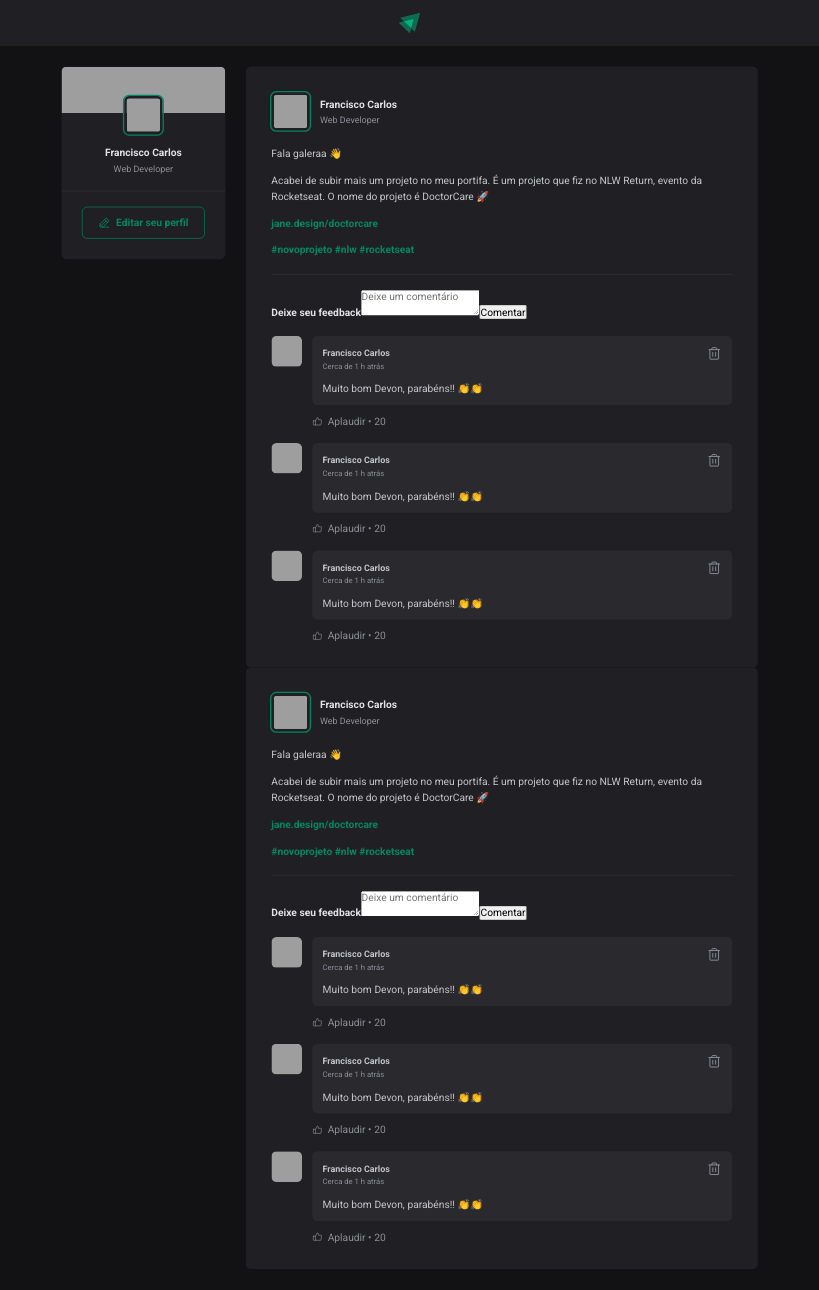
Repository: ch1coon/AulasRocketseat
Page: / (app in Ignite/aulas/01-fundamentos-reactjs/)
These files come from the project's save history. The page is drawn as it stood at one moment and after the next save; the edit follows.
The browser window is 1280 px wide. The pictures show the whole page, at 64% of full size.
Pictures or frames that could not be fetched are drawn as grey boxes. The project was rebuilt for these pictures with package versions that can differ from the ones it lists, and the page was loaded fresh each time. Also part of the build but not shown: Ignite/aulas/01-fundamentos-reactjs/vite.config.js.

Above is the page before, as saved 2023-08-12 08:55:21.

### Ignite/aulas/01-fundamentos-reactjs/index.html
<!DOCTYPE html>
<html lang="en">
  <head>
    <meta charset="UTF-8" />
    <link rel="preconnect" href="https://fonts.googleapis.com" />
    <link rel="preconnect" href="https://fonts.gstatic.com" crossorigin />

    <link rel="icon" type="image/svg+xml" href="/vite.svg" />
    <meta name="viewport" content="width=device-width, initial-scale=1.0" />

    <link
      href="https://fonts.googleapis.com/css2?family=Roboto:wght@400;700&display=swap"
      rel="stylesheet"
    />
    <title>Vite + React</title>
  </head>
  <body>
    <div id="root"></div>
    <script type="module" src="/src/main.jsx"></script>
  </body>
</html>

### Ignite/aulas/01-fundamentos-reactjs/src/App.jsx
import { Post } from "./components/Post";
import { Header } from "./components/Header";
import { Sidebar } from "./components/Sidebar";

import styles from "./App.module.css";

import "./global.css";

export function App() {
  return (
    <div>
      <Header />

      <div className={styles.wrapper}>
        <Sidebar/>
        <main>
          <Post
            author="Diego Fernandes"
            content="Lorem ipsum dolor sit amet consectetur adipisicing elit. Rerum dolorem fuga odio voluptas voluptate rem dolores earum culpa, voluptatibus id nisi, qui, quae tempore quas facilis numquam blanditiis modi autem."
          />
          <Post
            author="Gabriel Guzzi"
            content="Lorem ipsum dolor sit amet consectetur adipisicing elit. Rerum dolorem fuga odio voluptas voluptate rem dolores earum culpa, voluptatibus id nisi, qui, quae tempore quas facilis numquam blanditiis modi autem."
          />
        </main>
      </div>
    </div>
  );
}

### Ignite/aulas/01-fundamentos-reactjs/src/components/Post.jsx
import { Comment } from "./Comment";
import styles from "./Post.module.css";

export function Post() {
  return (
    <article className={styles.post}>
      <header>
        <div className={styles.author}>
          <img className={styles.avatar} src="https://github.com/ch1coon.png" />
          <div className={styles.authorInfo}>
            <strong>Francisco Carlos</strong>
            <span>Web Developer</span>
          </div>
        </div>

        <time title="11 de Maio às 08:51" dateTime="2023-07-26 08:49:38"></time>
      </header>

      <div className={styles.content}>
        <p>Fala galeraa 👋</p>

        <p>
          Acabei de subir mais um projeto no meu portifa. É um projeto que fiz
          no NLW Return, evento da Rocketseat. O nome do projeto é DoctorCare 🚀
        </p>

        <p>
          <a href="">jane.design/doctorcare</a>
        </p>

        <p>
          <a href="">#novoprojeto</a> <a href="">#nlw</a>{" "}
          <a href="">#rocketseat</a>{" "}
        </p>
      </div>

      <form className={styles.commentForm}>
        <strong>Deixe seu feedback</strong>
        <textarea placeholder="Deixe um comentário" />

        <button type="submit">Comentar</button>
      </form>

      <div className={styles.commentList}>
        <Comment />
        <Comment />
        <Comment />
      </div>
    </article>
  );
}

### Ignite/aulas/01-fundamentos-reactjs/src/components/Header.jsx
import styles from "./Header.module.css";

import igniteLogo from '../assets/Ignite-logo.svg';

export function Header() {
  return (
    <header className={styles.header}>
      <img src={igniteLogo} alt="Logotipo do Ignite" />
    </header>
  );
}

### Ignite/aulas/01-fundamentos-reactjs/src/components/Sidebar.jsx
import { PencilLine } from "phosphor-react";

import styles from "./Sidebar.module.css";

export function Sidebar() {
  return (
    <aside className={styles.sidebar}>
      <img
        className={styles.cover}
        src="https://images.unsplash.com/photo-1571757767119-68b8dbed8c97?ixlib=rb-4.0.3&ixid=M3wxMjA3fDB8MHxwaG90by1wYWdlfHx8fGVufDB8fHx8fA%3D%3D&auto=format&fit=crop&w=500&q=50"
      />
      <div className={styles.profile}>
        <img className={styles.avatar} src="https://github.com/ch1coon.png" />
        <strong> Francisco Carlos</strong>
        <span>Web Developer</span>
      </div>

      <footer>
        <a href="#">
          <PencilLine size={20}/>
          Editar seu perfil
        </a>
      </footer>
    </aside>
  );
}

### Ignite/aulas/01-fundamentos-reactjs/src/App.module.css
.wrapper {
    max-width: 70rem;
    margin: 2rem auto;
    padding: 0 1rem;

    display: grid;
    grid-template-columns: 256px 1fr;
    gap: 2rem;
    align-items: flex-start;

}

### Ignite/aulas/01-fundamentos-reactjs/src/global.css
:root {
  --white: #fff;
  --gray-100: #e1e1e6;
  --gray-300: #c4c4cc;
  --gray-400: #8d8d99;
  --gray-600: #323238;
  --gray-700: #29292e;
  --gray-800: #202024;
  --gray-900: #121214;

  --green-300: #00837e;
  --green-500: #00875f;

  --red-500: #f75a68;
}

* {
  margin: 0;
  padding: 0;
  box-sizing: border-box;
}

body {
  background: var(--gray-900);
  color: var(--gray-300);
  -webkit-font-smoothing: antialiased;
}

body,
input,
textarea,
button {
  font-family: "Roboto", sans-serif;
  font-weight: 400;
  font-size: 1rem;
}

### Ignite/aulas/01-fundamentos-reactjs/src/components/Comment.jsx
import styles from "./Comment.module.css";
import { ThumbsUp, Trash } from "phosphor-react";

export function Comment() {
  return (
    <div className={styles.comment}>
      <img src="https://github.com/ch1coon.png" />

      <div className={styles.commentBox}>
        <div className={styles.commentContent}>
          <header>
            <div className={styles.authorAndTime}>
              <strong>Francisco Carlos</strong>
              <time title="11 de Maio às 08:51" dateTime="2023-07-26 08:49:38">
                Cerca de 1 h atrás
              </time>
            </div>
            <button title="Deletar comentário">
              <Trash size={24} />
            </button>
          </header>

          <p>Muito bom Devon, parabéns!! 👏👏</p>
        </div>
        <footer>
          <button>
            <ThumbsUp />
            Aplaudir <span>20</span>
          </button>
        </footer>
      </div>
    </div>
  );
}

### Ignite/aulas/01-fundamentos-reactjs/src/components/Post.module.css
.post {
  background: var(--gray-800);
  border-radius: 8px;
  padding: 2.5rem;
}

.post + post {
  margin-top: 2rem;
}

.content {
  line-height: 1.6;
  color: var(--gray-300);
  margin-top: 1.5rem;
}

.content p {
  margin-top: 1rem;
}

.content a {
  font-weight: bold;
  color: var(--green-500);
  text-decoration: none;
}

.content a:hover {
  color: var(--green-300);
}

.post > header {
  display: flex;
  align-items: center;
  justify-content: space-between;
}

.post > header time {
  font-size: 0.875rem;
  color: var(--gray-400);
}

.author {
  display: flex;
  align-items: center;
  gap: 1rem;
}

.author img {
  width: calc(3rem + 12px);
  height: calc(3rem + 12px);
  border-radius: 8px;
  border: 4px solid var(--gray-800);
  outline: 2px solid var(--green-500);
}

.authorInfo strong {
  display: block;
  color: var(--gray-100);
  line-height: 1.6;
}

.authorInfo span {
  display: block;
  font-size: 0.875rem;
  color: var(--gray-400);
  line-height: 1.6;
}

.commentForm {
  width: 100%;
  margin-top: 1.5rem;
  padding-top: 1.5rem;
  border-top: 1px solid var(--gray-600);
}

.commentForm > strong {
  line-height: 1.6;
  color: var(--gray-100);
}

### Ignite/aulas/01-fundamentos-reactjs/src/components/Header.module.css
.header {
  background: var(--gray-800);
  display: flex;
  justify-content: center;
  padding: 1.25rem 0 ;
}

.header img {
    height: 2rem;
}

### Ignite/aulas/01-fundamentos-reactjs/src/components/Sidebar.module.css
.sidebar {
  background: var(--gray-800);
  border-radius: 8px;
  overflow: hidden;
}

.cover {
  width: 100%;
  height: 72px;
  object-fit: cover;
}

.profile {
  display: flex;
  flex-direction: column;
  align-items: center;

  margin-top: calc(0px - 1.5rem - 6px);
}

.avatar {
    width: calc(3rem + 12px);
    height: calc(3rem + 12px);
    border-radius: 8px;
    border: 4px solid var(--gray-800);
    outline: 2px solid var(--green-500);
}

.profile strong {
    margin-top: 1rem;
    color: var(--gray-100);
    line-height: 1.6;
}

.profile span {
    font-size: 0.875rem;
    color: var(--gray-400);
    line-height: 1.6;
}

.sidebar footer {
  border-top: 1px solid var(--gray-600);
  margin-top: 1.5rem;
  padding: 1.5rem 2rem 2rem;
}

.sidebar footer a {
  background: transparent;
  color: var(--green-500);
  border: 1px solid var(--green-500);
  border-radius: 8px;
  height: 50px;
  padding: 0 1.5rem;
  font-weight: bold;
  display: block;
  text-decoration: none;
  display: flex;
  align-items: center;
  justify-content: center;

  gap: 0.5rem;

  transition: color 0.1s, background-color 0.1s;
}

.sidebar footer a:Hover {
    background: var(--green-500);
    color: var(--white);
}

### Ignite/aulas/01-fundamentos-reactjs/src/components/Comment.module.css
.comment {
  margin-top: 1.5rem;
  display: flex;
  gap: 1rem;
}

.comment > img {
  width: 3rem;
  height: 3rem;
  border-radius: 8px;
}

.commentBox {
  flex: 1;
}

.commentContent {
  background: var(--gray-700);
  border-radius: 8px;
  padding: 1rem;
}

.commentContent header {
  display: flex;
  align-items: flex-start;
  justify-content: space-between;
}

.authorAndTime strong {
  display: block;
  font-size: 0.875rem;
  line-height: 1.6;
}

.authorAndTime time {
  display: block;
  font-size: 0.75rem;
  line-height: 1.6;
  color: var(--gray-400);
}

.commentContent header button {
  background: transparent;
  border: 0;
  color: var(--gray-400);
  cursor: pointer;
  line-height: 0;
  border-radius: 2px;
}

.commentContent header button:hover {
  color: var(--red-500);
}

.commentContent p {
  margin-top: 1rem;
  color: var(--gray-300);
}

.commentBox footer {
  margin-top: 1rem;
}

.commentBox footer button {
  background: transparent;
  border: 0;
  color: var(--gray-400);
  cursor: pointer;
  display: flex;
  align-items: center;
  border-radius: 2px;
}

.commentBox footer button:hover {
  color: var(--green-300);
}

.commentBox footer button svg {
  margin-right: 0.5rem;
}

.commentBox footer button span::before {
  content: "\2022";
  padding: 0 0.25rem;
}

Loaded but not shown: Ignite/aulas/01-fundamentos-reactjs/src/main.jsx (common file)

After the next save:
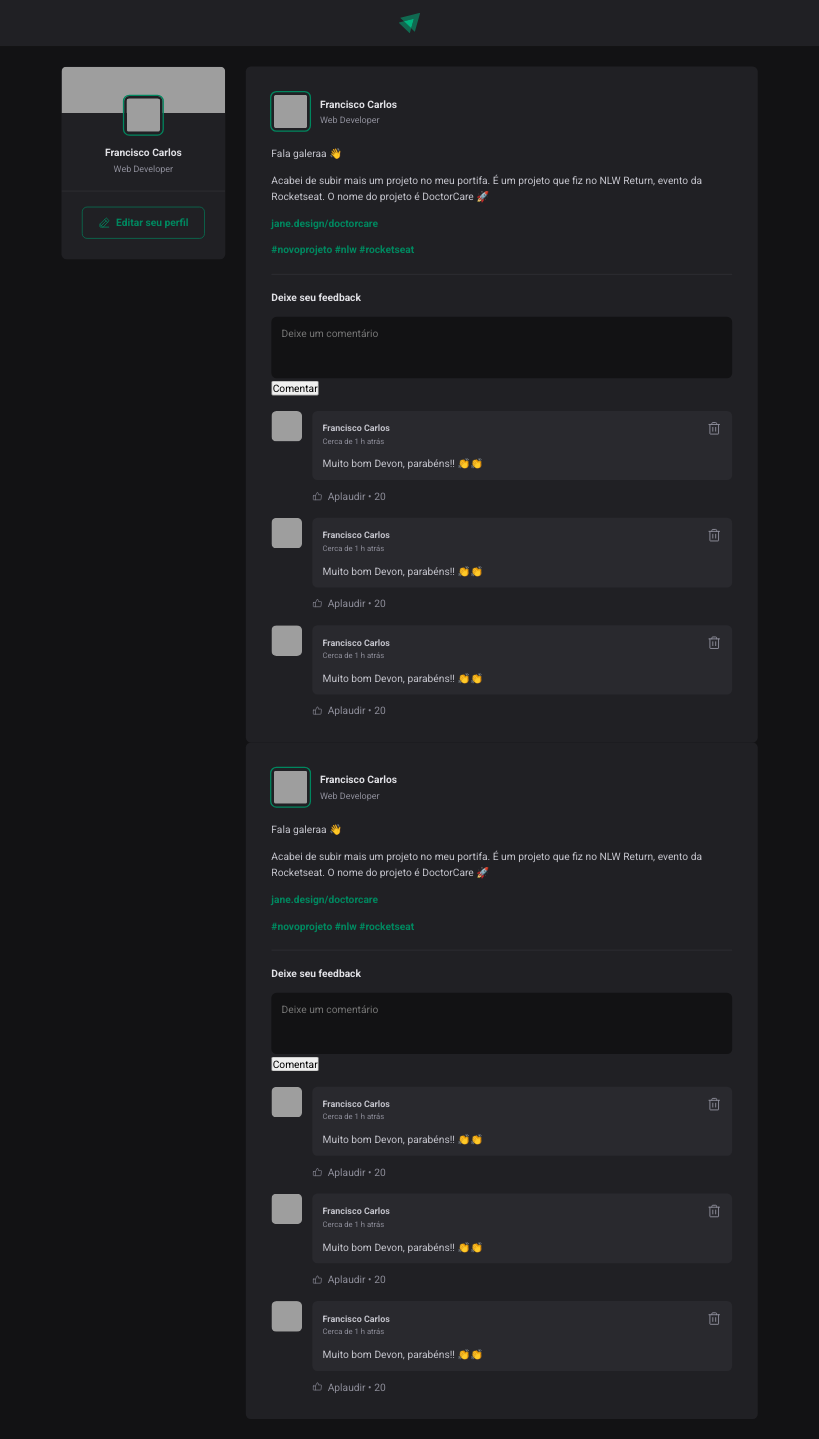
Saved 2 min 21 s later.
--- a/Ignite/aulas/01-fundamentos-reactjs/src/components/Post.module.css
+++ b/Ignite/aulas/01-fundamentos-reactjs/src/components/Post.module.css
@@ -77,3 +77,16 @@
   line-height: 1.6;
   color: var(--gray-100);
 }
+
+.commentForm textarea {
+  width: 100%;
+  background: var(--gray-900);
+  border: 0;
+  resize: none;
+  height: 6rem;
+  padding: 1rem;
+  border-radius: 8px;
+  color: var(--gray-100);
+  line-height: 1.4;
+  margin-top: 1rem;
+}
